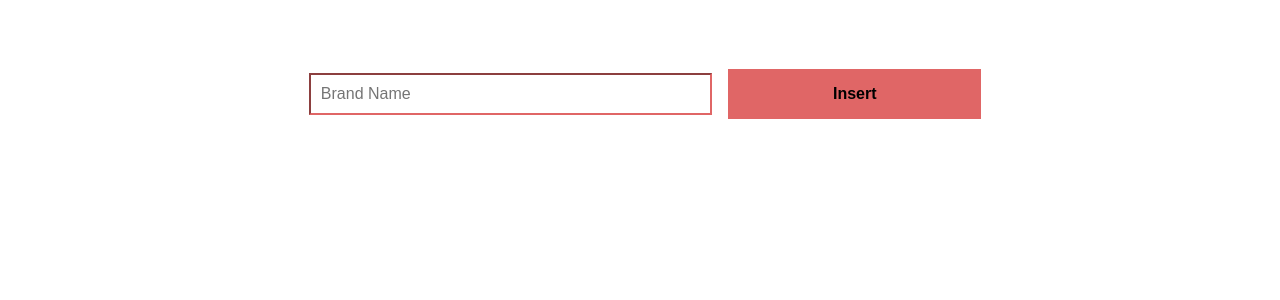
Repository: developerks611/Bumble-bee
Page: http://localhost/Bumble/add-brand.jsp
An editor plug-in stored every save of this project. The page is shown before and after the next save, followed by the edit.
The browser window is 1280 px wide. The pictures show the whole page.
The page is served by Tomcat 9.

Above is the page before, as saved 2023-02-28 05:44:19.

After the next save:
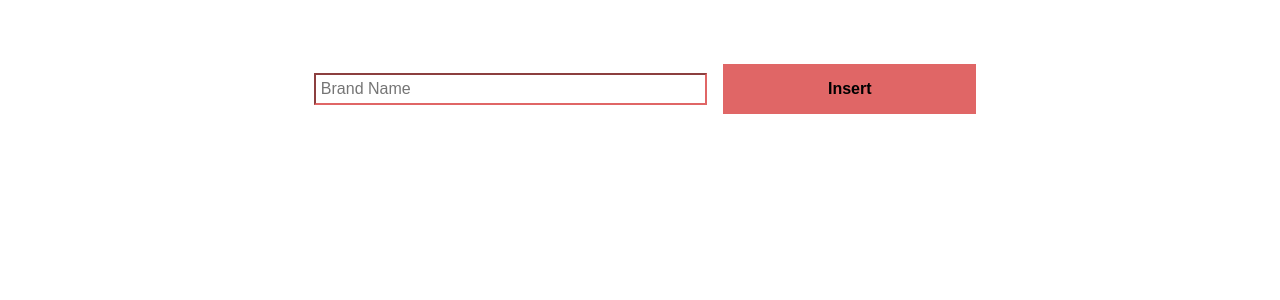
Saved 24 s later.
--- a/Bumble/src/main/webapp/add-brand.jsp
+++ b/Bumble/src/main/webapp/add-brand.jsp
@@ -32,7 +32,7 @@
 	width:30%;
 	height:auto;
 	margin:10px;
-	padding:10px;
+	padding:5px;
 	font-size:100%;
 	border-color:#e06666;
 }

After the save that followed:
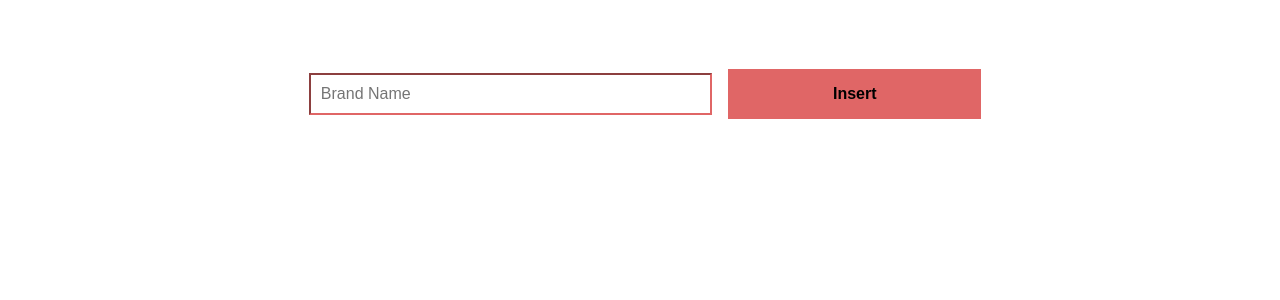
Saved 8 s later.
--- a/Bumble/src/main/webapp/add-brand.jsp
+++ b/Bumble/src/main/webapp/add-brand.jsp
@@ -32,7 +32,7 @@
 	width:30%;
 	height:auto;
 	margin:10px;
-	padding:5px;
+	padding:10px;
 	font-size:100%;
 	border-color:#e06666;
 }
